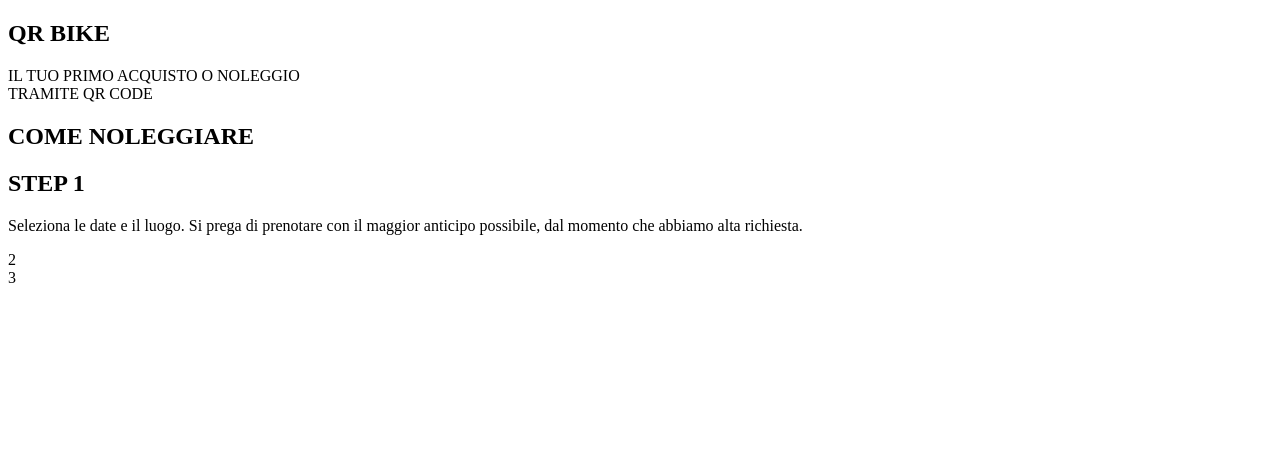
Repository: andrealepori/qrbike
Page: index.html
The author's editor kept a copy of each file at every save. The page is drawn from the files as they stood at one save, then again after the next save.
The browser window is 1280 px wide. The pictures show the whole page.

Above is the page before, as saved 2020-09-16 16:53:11.

After the next save:
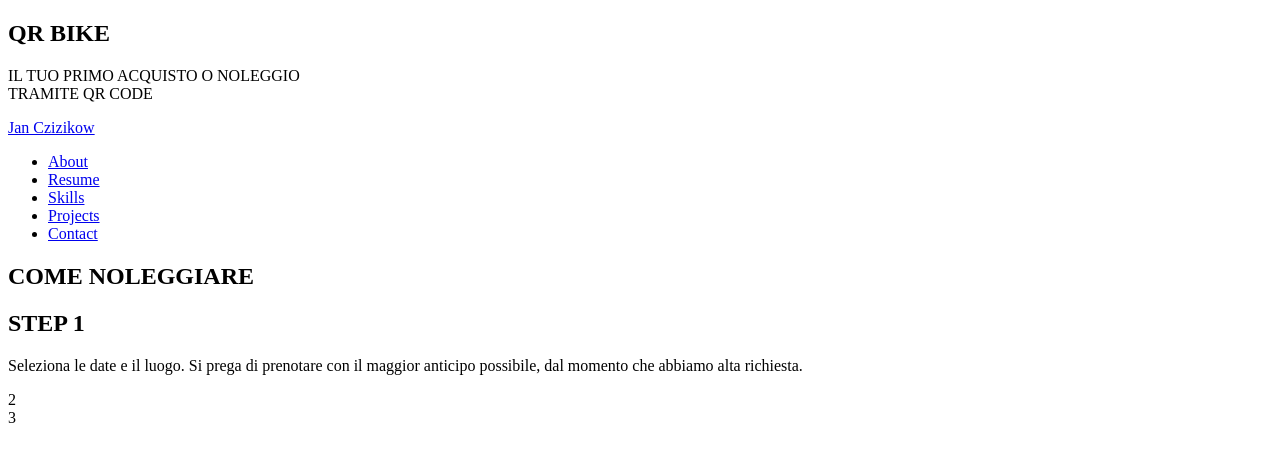
Saved 51 s later.
--- a/index.html
+++ b/index.html
@@ -23,6 +23,26 @@
       </div>
     </div>
   </section>
+  <header>
+    <div class="container">
+      <nav id="navigation">
+        <a href="#" class="logo">Jan Czizikow</a>
+        <a aria-label="mobile menu" class="nav-toggle">
+          <span></span>
+          <span></span>
+          <span></span>
+        </a>
+          <ul class="menu-left">
+            <li><a href="#about">About</a></li>
+            <li><a href="#exp">Resume</a></li>
+            <li><a href="#skills">Skills</a></li>
+            <li><a href="#projects">Projects</a></li>
+            <li><a href="#contact">Contact</a></li>
+          </ul>
+      </nav>
+    </div>
+  </header>
+
 
 
 

After the 3 saves that followed:
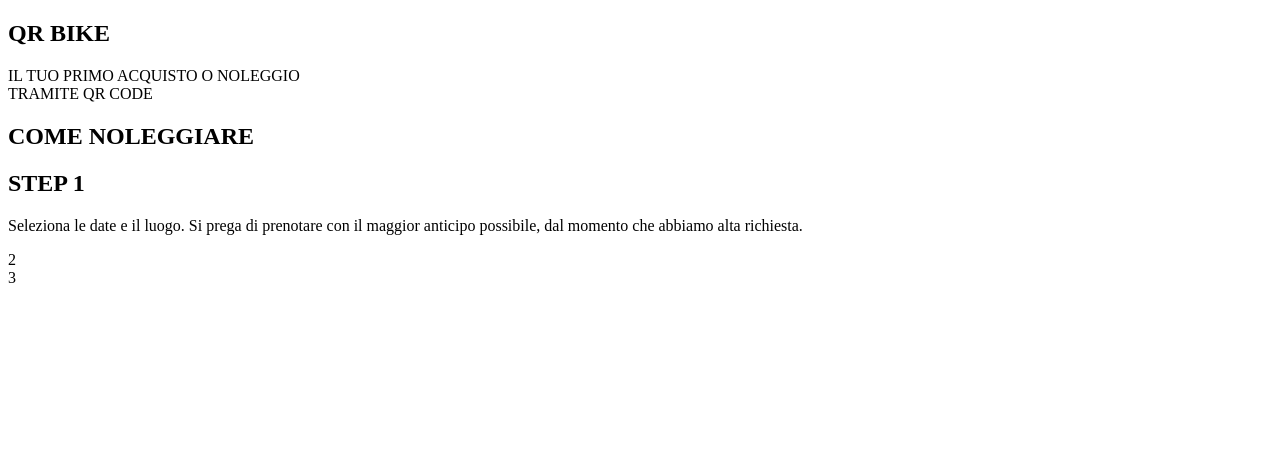
The 3 saves are shown as one change because 2 left the picture as it was.
The last was saved 55 s later.
--- a/index.html
+++ b/index.html
@@ -23,26 +23,6 @@
       </div>
     </div>
   </section>
-  <header>
-    <div class="container">
-      <nav id="navigation">
-        <a href="#" class="logo">Jan Czizikow</a>
-        <a aria-label="mobile menu" class="nav-toggle">
-          <span></span>
-          <span></span>
-          <span></span>
-        </a>
-          <ul class="menu-left">
-            <li><a href="#about">About</a></li>
-            <li><a href="#exp">Resume</a></li>
-            <li><a href="#skills">Skills</a></li>
-            <li><a href="#projects">Projects</a></li>
-            <li><a href="#contact">Contact</a></li>
-          </ul>
-      </nav>
-    </div>
-  </header>
-
 
 
 
